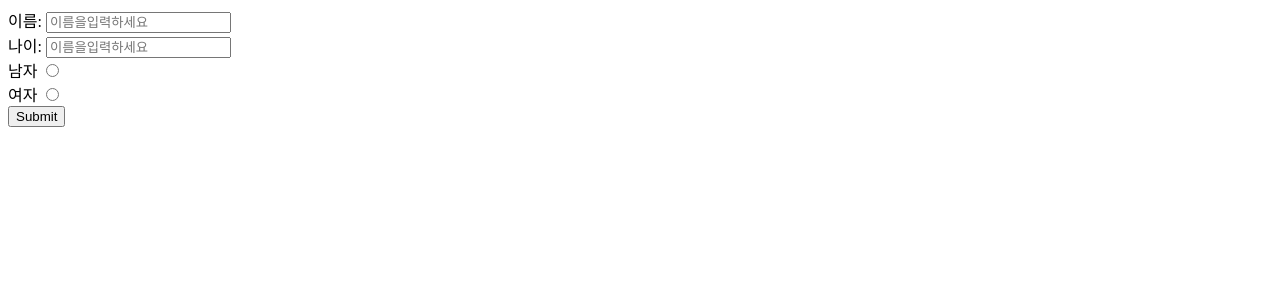
Repository: manchott/JAVAstudy
Page: workspace/Back02_Servlet/WebContent/form.html
An editor plug-in stored every save of this project. The page is shown before and after the next save, followed by the edit.
The browser window is 1280 px wide. The pictures show the whole page.

Above is the page before, as saved 2022-10-31 05:07:58.

After the next save:
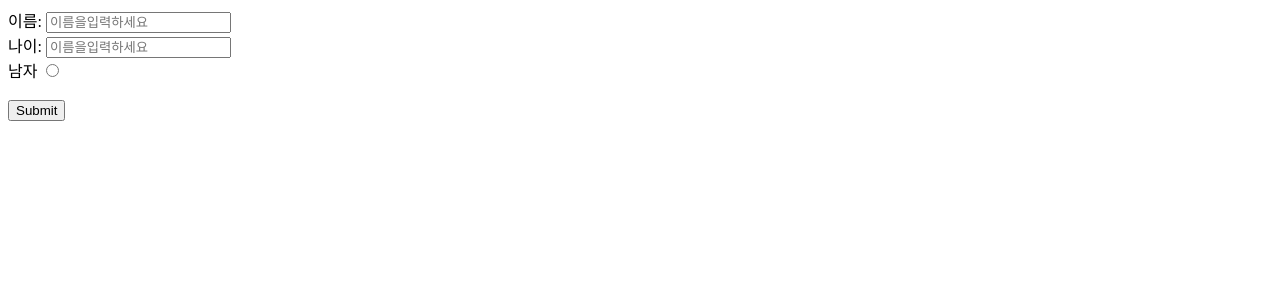
Saved 66 s later.
--- a/workspace/Back02_Servlet/WebContent/form.html
+++ b/workspace/Back02_Servlet/WebContent/form.html
@@ -10,10 +10,10 @@
 		<input type="text" placeholder="이름을입력하세요"> <br>
 		<label>나이: </label>
 		<input type="number" min="0" placeholder="이름을입력하세요"> <br>
-		<label>남자</label>
-		<input type="radio"> <br>
-		<label>여자</label>
-		<input type="radio"> <br>
+		<label for="man">남자</label>
+		<input type="radio" name="gender"> <br>
+		<label for="woman>여자</label>
+		<input type="radio" name="gender"> <br>
 
 		<input type="submit">
 	</form>

After the save that followed:
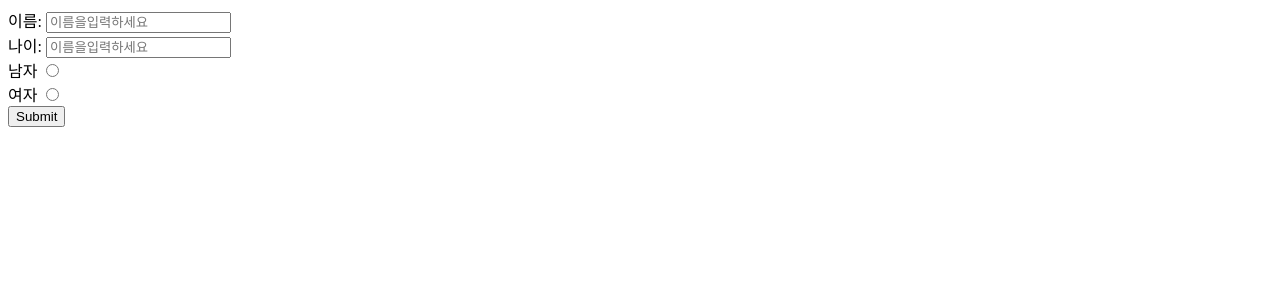
Saved 11 s later.
--- a/workspace/Back02_Servlet/WebContent/form.html
+++ b/workspace/Back02_Servlet/WebContent/form.html
@@ -12,7 +12,7 @@
 		<input type="number" min="0" placeholder="이름을입력하세요"> <br>
 		<label for="man">남자</label>
 		<input type="radio" name="gender"> <br>
-		<label for="woman>여자</label>
+		<label >여자</label>
 		<input type="radio" name="gender"> <br>
 
 		<input type="submit">
